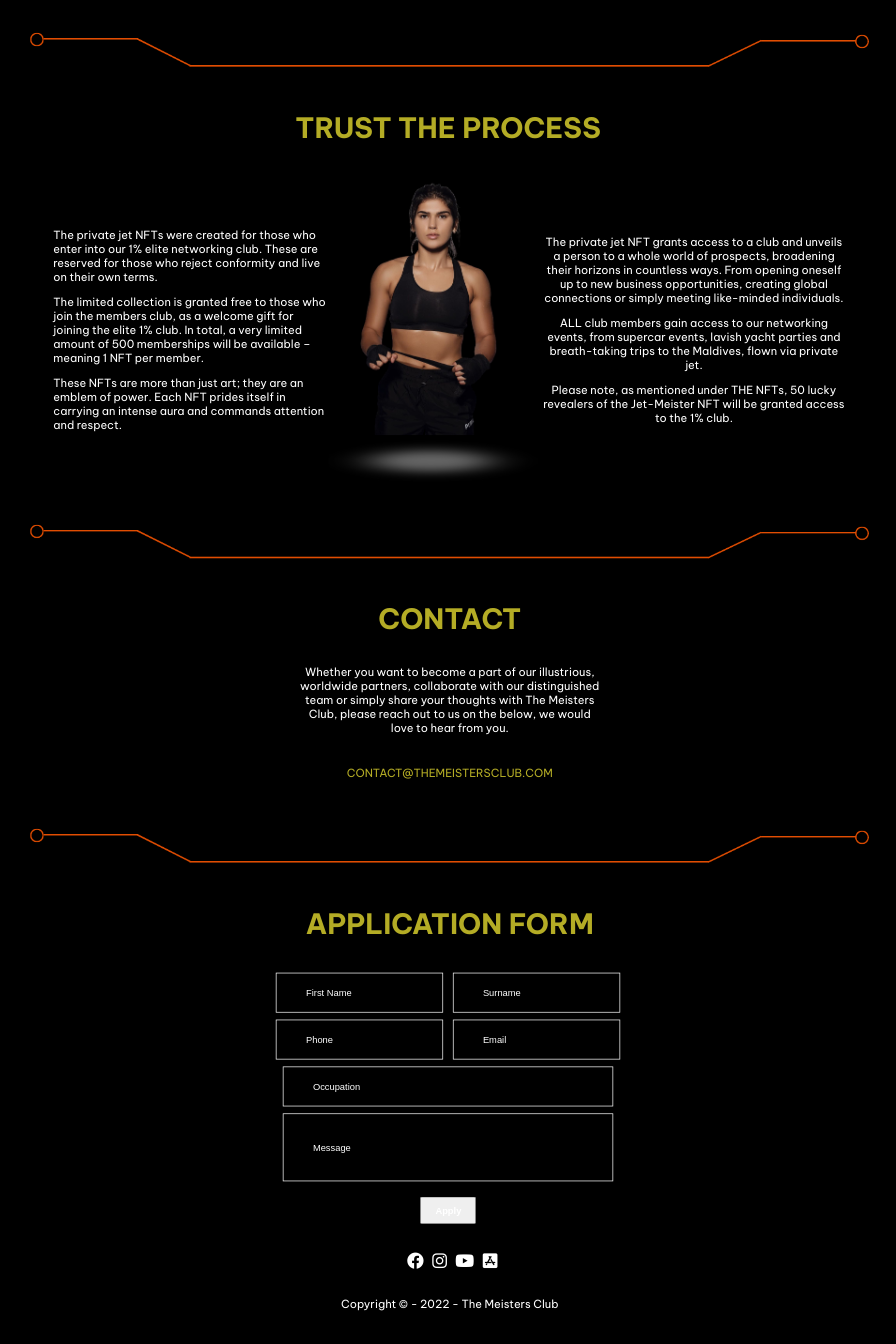
Repository: milot-morina/ds-boxing
Page: DS-Portfolio/index.html
These files come from the project's save history. The page is drawn as it stood at one moment and after the next save; the edit follows.
The browser window is 1280 px wide. The pictures show the part of the page from y = 1972 to 3892 px (the page is 3892 px tall before and 3821 px after), at 70% of full size.
A picture or video elsewhere on the page could not be fetched, so the positions and the page height are approximate.

Above is the page before, as saved 2023-03-20 22:56:00.

After the next save:
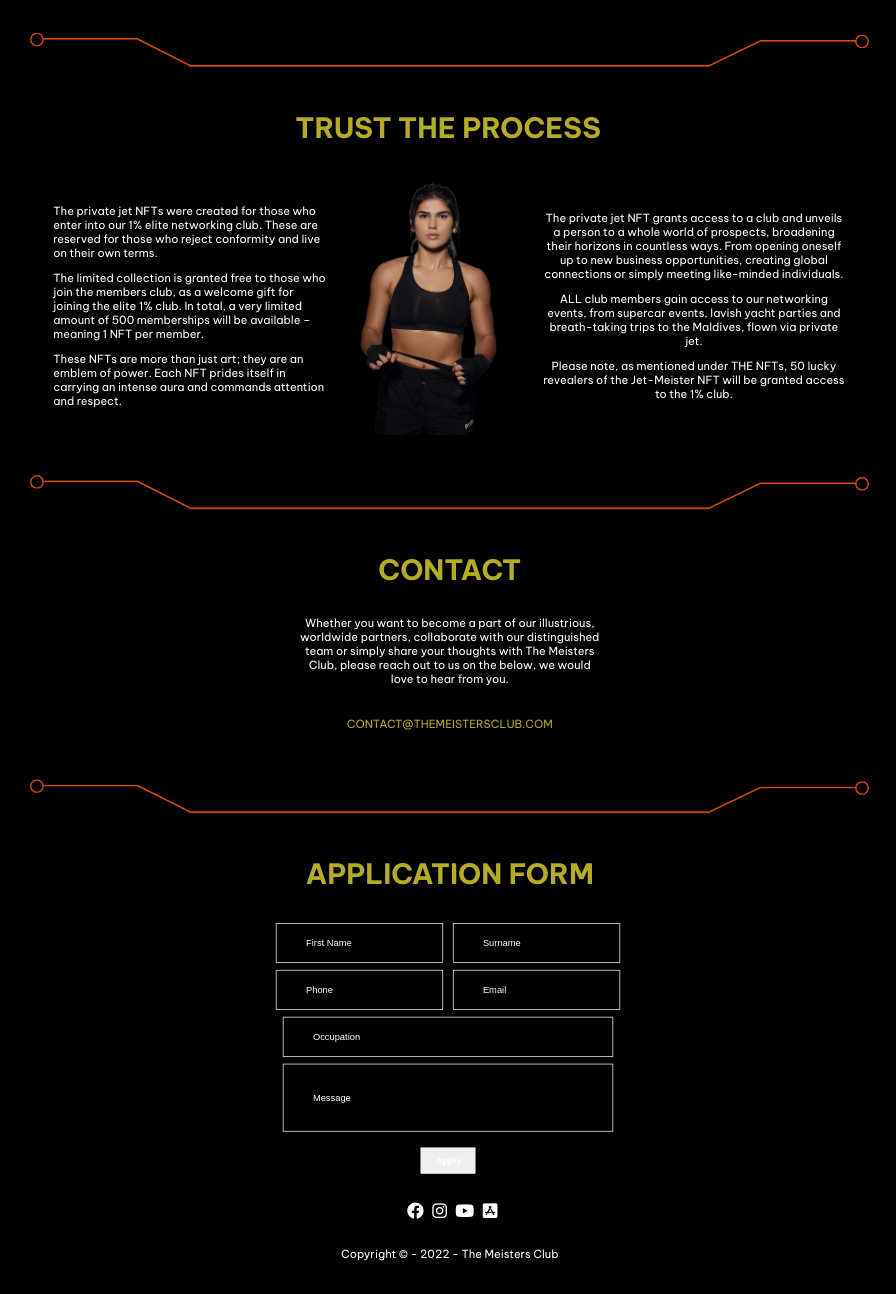
Saved 2 min 9 s later.
--- a/DS-Portfolio/index.html
+++ b/DS-Portfolio/index.html
@@ -108,7 +108,7 @@
       <div class="hidden3">
         <div class="column">
           <img src="profilePic.png" alt="" style="width: 300px;">
-          <img src="shadow.png" alt="" style="width: 300px;">
+          <!-- <img src="shadow.png" alt="" style="width: 300px;"> -->
         </div>
       </div>
       <div class="text hidden">
